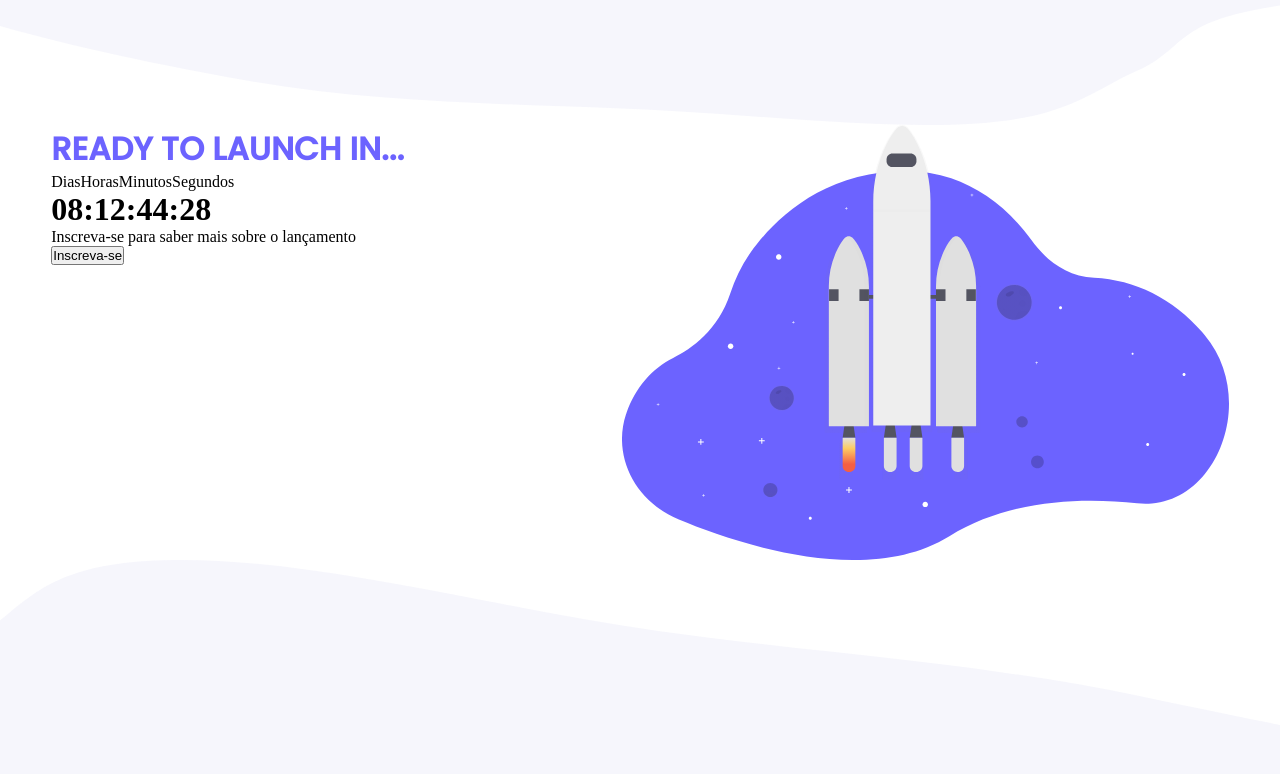
Repository: BrunoBross/countdown
Page: index.html
An editor plug-in stored every save of this project. The page is shown before and after the next save, followed by the edit.
The browser window is 1280 px wide. The pictures show the whole page.

Above is the page before, as saved 2021-11-30 00:43:38.

After the next save:
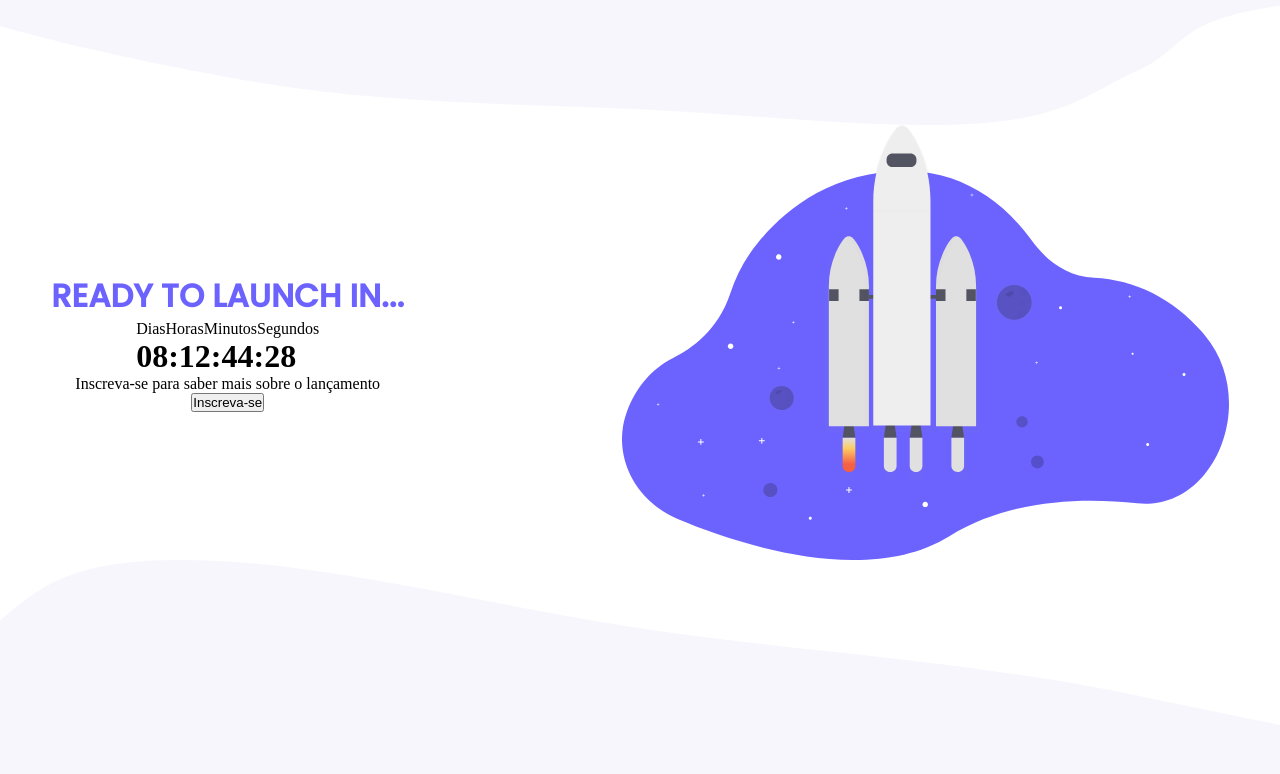
Saved 6 s later.
--- a/style.css
+++ b/style.css
@@ -37,6 +37,13 @@ body{
   display: flex;
 }
 
+.content{
+  display: flex;
+  flex-direction: column;
+  justify-content: center;
+  align-items: center;
+}
+
 .content > h1{
   color: #6C63FF;
   font-family: 'Poppins', 'sans-serif';
